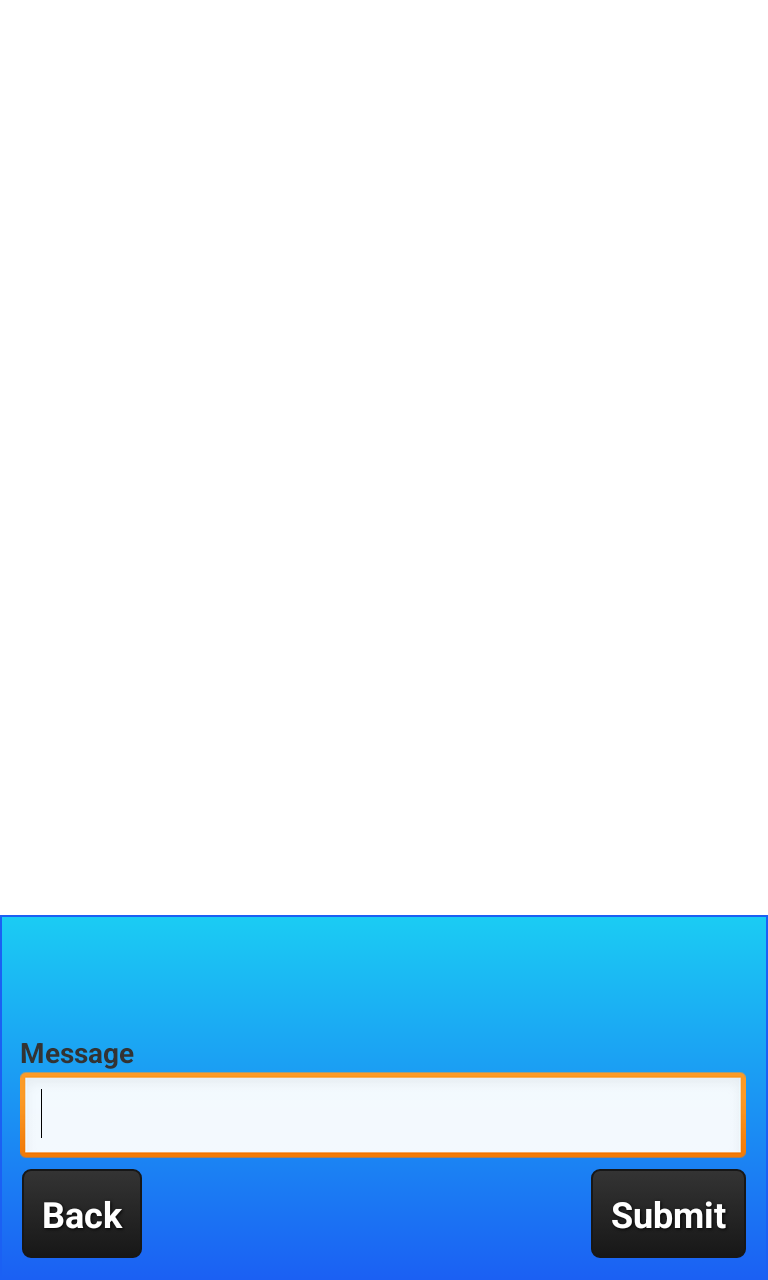
Repository: yuanpeixin/Project
Layout: GameForum/res/layout/add_reply.xml
The author's editor kept a copy of each file at every save. The layout is drawn from the files as they stood at one save, then again after the next save.
It is drawn on a 768 x 1280 px phone screen (xhdpi) without system bars, with theme android:Theme.Translucent; the app's code is not run.

Above is the layout before, as saved 2015-10-09 02:38:24.

### GameForum/res/layout/add_reply.xml
<?xml version="1.0" encoding="utf-8"?>
<LinearLayout xmlns:android="http://schemas.android.com/apk/res/android"
    android:layout_width="match_parent"
    android:layout_height="match_parent"
    android:orientation="vertical"
    android:weightSum="7" >

    <LinearLayout
        android:layout_width="match_parent"
        android:layout_height="match_parent"
        android:layout_weight="2"
        android:onClick="Back" >
    </LinearLayout>

    <RelativeLayout
        android:layout_width="match_parent"
        android:layout_height="match_parent"
        android:layout_weight="5"
        android:background="@drawable/blue_gradient" >

        <Button
            android:id="@+id/arSubmit"
            style="@style/WhiteText"
            android:layout_width="wrap_content"
            android:layout_height="wrap_content"
            android:layout_alignParentBottom="true"
            android:layout_alignParentRight="true"
            android:background="@drawable/black_button"
            android:text="Submit" />

        <Button
            android:id="@+id/button1"
            style="@style/WhiteText"
            android:layout_width="wrap_content"
            android:layout_height="wrap_content"
            android:layout_alignParentBottom="true"
            android:layout_alignParentLeft="true"
            android:background="@drawable/black_button"
            android:onClick="Back"
            android:text="Back" />

        <EditText
            android:id="@+id/arET"
            android:layout_width="match_parent"
            android:layout_height="wrap_content"
            android:layout_above="@+id/arSubmit"
            android:layout_alignRight="@+id/arSubmit"
            android:ems="10"
            android:inputType="textMultiLine" >

            <requestFocus />
        </EditText>

        <TextView
            android:id="@+id/textView1"
            android:layout_width="wrap_content"
            android:layout_height="wrap_content"
            android:layout_above="@+id/arET"
            android:layout_alignLeft="@+id/arET"
            android:text="Message"
            android:textColor="#333"
            android:textStyle="bold" />
    </RelativeLayout>

</LinearLayout>

### GameForum/res/drawable-hdpi/blue_gradient.xml
<?xml version="1.0" encoding="utf-8"?>
<selector xmlns:android="http://schemas.android.com/apk/res/android">

    <item android:state_pressed="true"><shape>
            <solid android:color="#1bccf3" />

            <stroke android:width="1dp" android:color="#1b60f3" />

            <padding android:bottom="10dp" android:left="10dp" android:right="10dp" android:top="10dp" />
        </shape></item>
    <item><shape>
            <gradient android:angle="270" android:endColor="#1b60f3" android:startColor="#1bccf3" />

            <stroke android:width="1dp" android:color="#1b60f3" />

            <padding android:bottom="10dp" android:left="10dp" android:right="10dp" android:top="10dp" />
        </shape></item>

</selector>

### GameForum/res/values/styles.xml
<resources>

    <!--
        Base application theme, dependent on API level. This theme is replaced
        by AppBaseTheme from res/values-vXX/styles.xml on newer devices.

    -->
    <style name="AppBaseTheme" parent="android:Theme.Light">
        <!--
            Theme customizations available in newer API levels can go in
            res/values-vXX/styles.xml, while customizations related to
            backward-compatibility can go here.

        -->
    </style>

    <!-- Application theme. -->
    <style name="AppTheme" parent="AppBaseTheme">
        <!-- All customizations that are NOT specific to a particular API-level can go here. -->
    </style>

    <style name="WhiteText">
        <item name="android:layout_width">fill_parent</item>
        <item name="android:layout_height">wrap_content</item>
        <item name="android:textColor">#ffffff</item>
        <item name="android:gravity">center</item>
        <item name="android:layout_margin">1dp</item>
        <item name="android:textSize">18sp</item>
        <item name="android:textStyle">bold</item>
        <item name="android:shadowColor">#000000</item>
        <item name="android:shadowDx">1</item>
        <item name="android:shadowDy">1</item>
        <item name="android:shadowRadius">2</item>
    </style>

    <style name="BlackText">
        <item name="android:layout_width">fill_parent</item>
        <item name="android:layout_height">wrap_content</item>
        <item name="android:textColor">#000000</item>
        <item name="android:gravity">center</item>
        <item name="android:layout_margin">5dp</item>
        <item name="android:textSize">25sp</item>
        <item name="android:textStyle">bold</item>
        <item name="android:shadowColor">#ffffff</item>
        <item name="android:shadowDx">1</item>
        <item name="android:shadowDy">1</item>
        <item name="android:shadowRadius">2</item>
    </style>



</resources>

### GameForum/res/drawable-hdpi/black_button.xml
<?xml version="1.0" encoding="utf-8"?>
<selector xmlns:android="http://schemas.android.com/apk/res/android">

    <item android:state_pressed="true"><shape>
            <solid android:color="#343434" />

            <stroke android:width="1dp" android:color="#171717" />

            <corners android:radius="3dp" />

            <padding android:bottom="10dp" android:left="10dp" android:right="10dp" android:top="10dp" />
        </shape></item>
    <item><shape>
            <gradient android:angle="270" android:endColor="#171717" android:startColor="#343434" />

            <stroke android:width="1dp" android:color="#171717" />

            <corners android:radius="4dp" />

            <padding android:bottom="10dp" android:left="10dp" android:right="10dp" android:top="10dp" />
        </shape></item>

</selector>

After the next save:
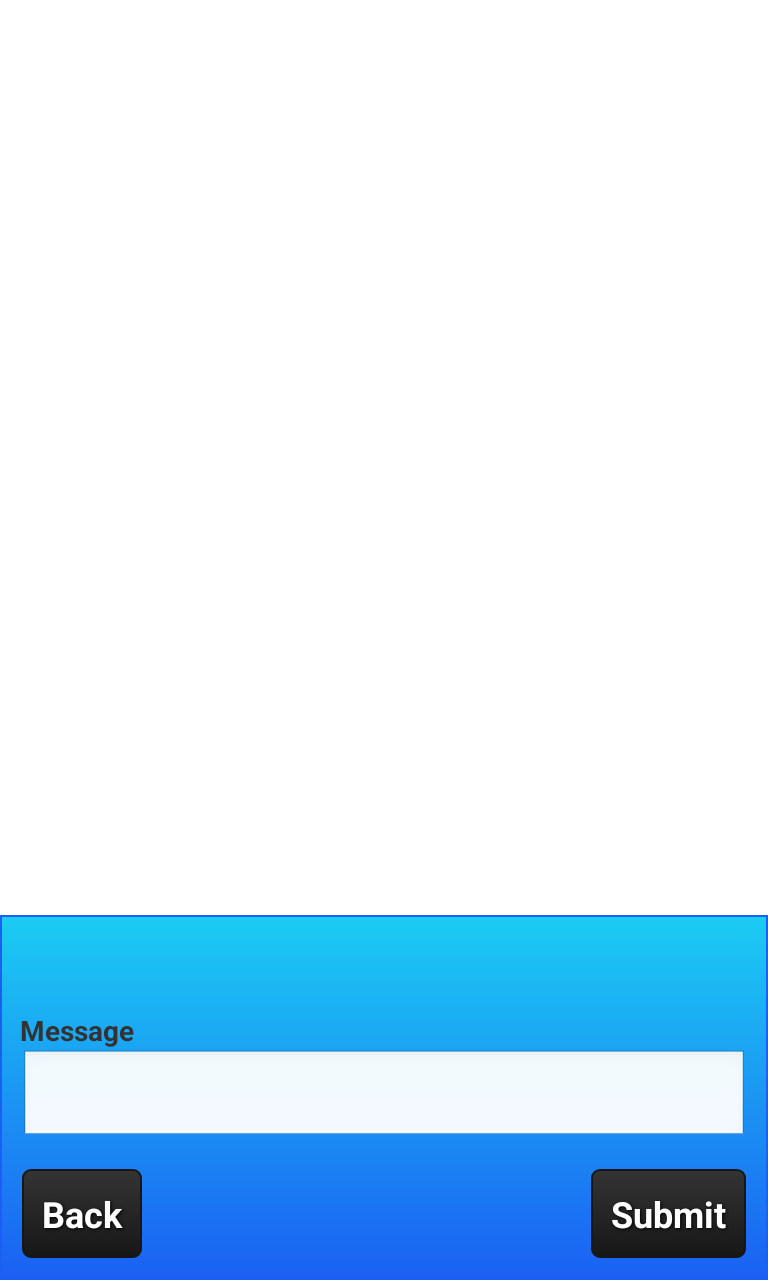
Saved 3 min 23 s later.
--- a/GameForum/res/layout/add_reply.xml
+++ b/GameForum/res/layout/add_reply.xml
@@ -39,18 +39,6 @@
             android:onClick="Back"
             android:text="Back" />
 
-        <EditText
-            android:id="@+id/arET"
-            android:layout_width="match_parent"
-            android:layout_height="wrap_content"
-            android:layout_above="@+id/arSubmit"
-            android:layout_alignRight="@+id/arSubmit"
-            android:ems="10"
-            android:inputType="textMultiLine" >
-
-            <requestFocus />
-        </EditText>
-
         <TextView
             android:id="@+id/textView1"
             android:layout_width="wrap_content"
@@ -60,6 +48,16 @@
             android:text="Message"
             android:textColor="#333"
             android:textStyle="bold" />
+
+        <EditText
+            android:id="@+id/arET"
+            android:layout_width="match_parent"
+            android:layout_height="wrap_content"
+            android:layout_centerHorizontal="true"
+            android:layout_centerVertical="true"
+            android:ems="10"
+            android:inputType="textMultiLine" />
+
     </RelativeLayout>
 
 </LinearLayout>
